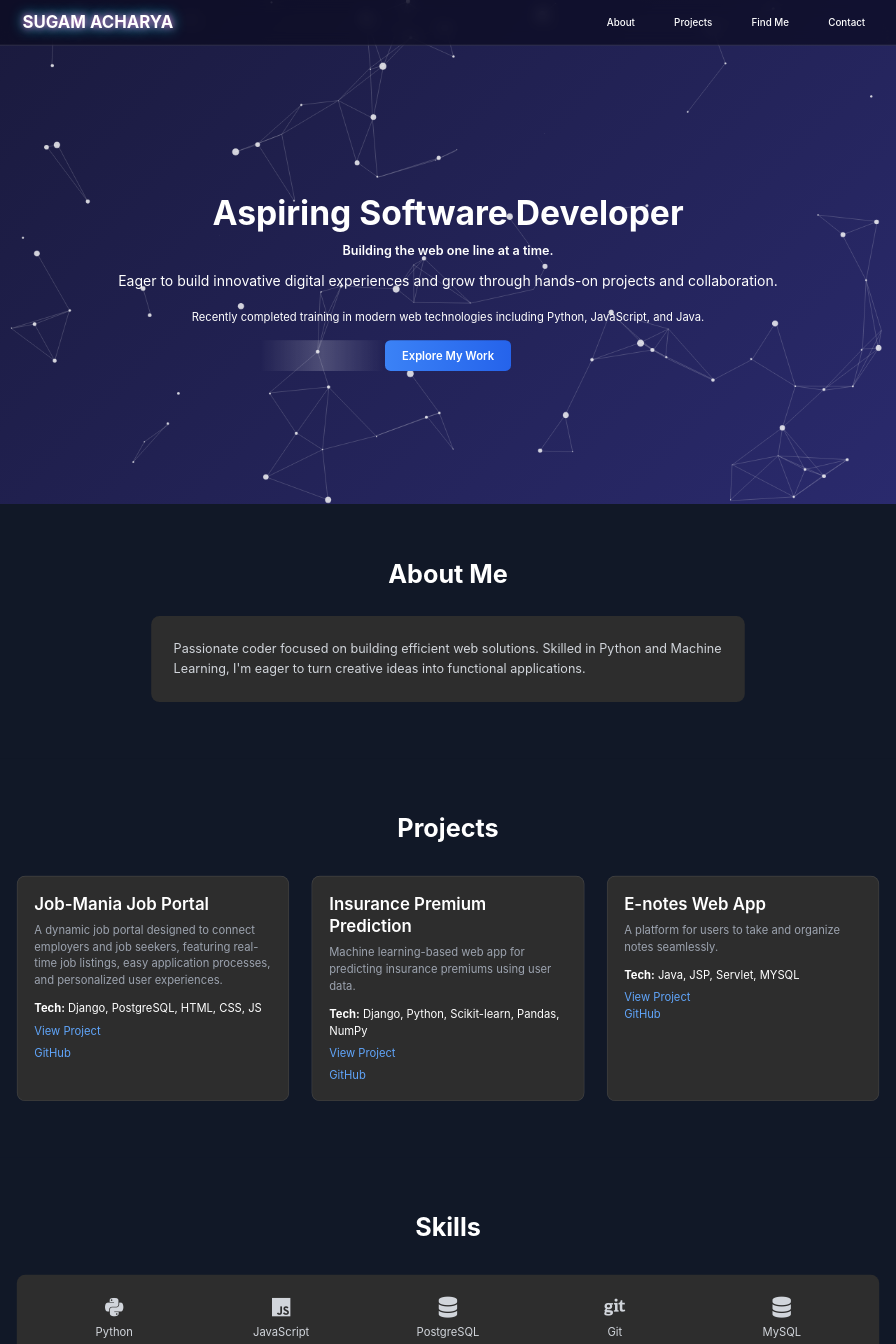
Repository: Sugaam0/Portfolio
Page: portfolio/home/templates/home/index.html
The author's editor kept a copy of each file at every save. The page is drawn from the files as they stood at one save, then again after the next save.
The browser window is 1280 px wide. The pictures show the part of the page from y = 0 to 1920 px (the page is 3234 px tall), at 70% of full size.
The template is drawn by Django 5.2. The application's start-up code is not run. Other server files are loaded and not shown. The template is opened directly, without the code that normally fills it, so the values that code supplies are empty.

Above is the page before, as saved 2025-05-09 17:57:54.

### portfolio/home/templates/home/index.html
{% load static %}
<!DOCTYPE html>
<html lang="en">
<head>
  <meta charset="UTF-8" />
  <meta name="viewport" content="width=device-width, initial-scale=1.0"/>
  <title>| Sugam Acharya |</title>
  <link href="https://cdn.jsdelivr.net/npm/tailwindcss@2.2.19/dist/tailwind.min.css" rel="stylesheet"/>
  <link rel="stylesheet" href="https://cdnjs.cloudflare.com/ajax/libs/font-awesome/6.0.0-beta3/css/all.min.css"/>
  <link rel="stylesheet" href="{% static 'css/style.css' %}">
</head>
{% comment %} <body class="antialiased scroll-smooth"> {% endcomment %}
<body class="bg-gray-900 text-white">
  <canvas id="particles"></canvas>
{% include 	"home/navbar.html" %}
<!-- Hero Section -->
<section id="home" class="min-h-screen flex items-center justify-center pt-20">
  <div class="container mx-auto px-6 text-center">
    <h1 class="text-5xl font-bold mb-4">Aspiring Software Developer</h1>
    <p class="text-lg text-accent mb-4">
      <span id="typed-text" class="font-semibold">Building the web one line at a time.</span>
    </p>
    <p class="text-xl text-secondary mb-6">
      Eager to build innovative digital experiences and grow through hands-on projects and collaboration.
    </p>
    <p class="text-md text-secondary mb-8">
      Recently completed training in modern web technologies including Python, JavaScript, and Java.
    </p>
    <a href="#projects" class="btn-accent px-6 py-3 rounded-lg font-semibold">Explore My Work</a>
  </div>
</section>

<!-- About Section -->
<section id="about" class="py-20">
  <div class="container mx-auto px-6 max-w-4xl">
    <h2 class="text-4xl font-bold text-center mb-10">About Me</h2>
    <div class="section-bg p-8">
      <p class="text-lg leading-relaxed text-gray-300">
        Passionate coder focused on building efficient web solutions. Skilled in Python and Machine Learning, I'm eager to turn creative ideas into functional applications.
      </p>
    </div>
  </div>
</section>

<!-- Projects -->
<section id="projects" class="py-20 bg-gray-900">
    <div class="container mx-auto px-6">
      <h2 class="text-4xl font-bold text-center mb-12">Projects</h2>
      <div class="grid grid-cols-1 sm:grid-cols-2 lg:grid-cols-3 gap-8">
        <!-- Project Cards -->
        <div class="project-card section-bg p-6">
          <h3 class="text-2xl font-semibold mb-2">Job-Mania Job Portal</h3>
          <p class="text-gray-400 mb-4">A dynamic job portal designed to connect employers and job seekers, featuring real-time job listings, easy application processes, and personalized user experiences.</p>
          <p><strong>Tech:</strong> Django, PostgreSQL, HTML, CSS, JS</p>
          <a href="#" class="text-blue-400 hover:underline mt-2 inline-block">View Project</a><br>
          <a href="https://github.com/Sugaam0/JobMania-JobPortal" class="text-blue-400 hover:underline mt-2 inline-block" target="_blank">GitHub</a>
        </div>
        <div class="project-card section-bg p-6">
          <h3 class="text-2xl font-semibold mb-2">Insurance Premium Prediction</h3>
          <p class="text-gray-400 mb-4">Machine learning-based web app for predicting insurance premiums using user data.</p>
          <p><strong>Tech:</strong> Django, Python, Scikit-learn, Pandas, NumPy</p>
          <a href="#" class="text-blue-400 hover:underline mt-2 inline-block">View Project</a><br>
          <a href="https://github.com/Sugaam0/insurance-Premium-Prediction" class="text-blue-400 hover:underline mt-2 inline-block" target="_blank">GitHub</a>

        </div>
        <div class="project-card section-bg p-6">
            <h3 class="text-2xl font-semibold mb-2">E-notes Web App</h3>
            <p class="text-gray-400 mb-4">A platform for users to take and organize notes seamlessly.</p>
            <p><strong>Tech:</strong> Java, JSP, Servlet, MYSQL</p>
            <div class="mt-2">
                <a href="#" class="text-blue-400 hover:underline inline-block mr-4">View Project</a><br>
                <a href="https://github.com/Sugaam0/ProjectFinal-Online-Notepad" class="text-blue-400 hover:underline inline-block" target="_blank">GitHub</a>
            </div>
        </div>
      </div>
    </div>
  </section>


<!-- Skills -->
<section id="skills" class="py-20">
    <div class="container mx-auto px-6">
      <h2 class="text-4xl font-bold text-center mb-12">Skills</h2>
      <div class="section-bg p-8 grid grid-cols-2 md:grid-cols-5 gap-6 text-center text-gray-300">
        <div><i class="fab fa-python text-3xl mb-2 icon-hover"></i><p>Python</p></div>
        <div><i class="fab fa-js text-3xl mb-2 icon-hover"></i><p>JavaScript</p></div>
        <div><i class="fas fa-database text-3xl mb-2 icon-hover"></i><p>PostgreSQL</p></div>
        <div><i class="fab fa-git text-3xl mb-2 icon-hover"></i><p>Git</p></div>
        <div><i class="fas fa-database text-3xl mb-2 icon-hover"></i><p>MySQL</p></div>
        <div><i class="fas fa-chart-line text-3xl mb-2 icon-hover"></i><p>Data Science</p></div>
        <div><i class="fas fa-brain text-3xl mb-2 icon-hover"></i><p>Machine Learning</p></div>
        <div><i class="fab fa-python text-3xl mb-2 icon-hover"></i><p>Anaconda</p></div>
      </div>
    </div>
  </section>

  <section id="findme" class="py-20 bg-gray-800">
    <div class="container mx-auto px-6 text-center">
      <h2 class="text-4xl font-bold text-white mb-8">Find Me Online</h2>
      <p class="text-gray-400 text-lg mb-6">Let’s connect, collaborate, and grow together!</p>

      <div class="flex justify-center gap-6 text-3xl">
        <a href="https://github.com/Sugaam0" target="_blank" class="text-white hover:text-gray-400 transition-transform transform hover:scale-110">
          <i class="fab fa-github"></i>
        </a>
        <a href="https://www.linkedin.com/in/sugamacharya/" target="_blank" class="text-blue-500 hover:text-blue-300 transition-transform transform hover:scale-110">
          <i class="fab fa-linkedin"></i>
        </a>
        <a href="https://twitter.com/your_twitter" target="_blank" class="text-blue-400 hover:text-blue-200 transition-transform transform hover:scale-110">
          <i class="fab fa-twitter"></i>
        </a>
      </div>
    </div>
  </section>


<!-- Contact Section -->
<section id="contact" class="py-20 bg-gray-900">
  <div class="container mx-auto px-6">
    <h2 class="text-4xl font-bold text-center mb-12">Let's Connect</h2>
    <div class="contact-form p-8 max-w-lg mx-auto rounded-xl">
      <form action="{% url 'contact' %}" method="POST">
        {% csrf_token %}
        <div class="mb-6 relative">
          <input type="text" id="name" name="name" class="form-input w-full p-3 rounded-lg peer" placeholder=" " required>
          <label for="name" class="form-label absolute left-2 top-2 text-secondary">Your Name</label>
        </div>
        <div class="mb-6 relative">
          <input type="email" id="email" name="email" class="form-input w-full p-3 rounded-lg peer" placeholder=" " required>
          <label for="email" class="form-label absolute left-2 top-2 text-secondary">Your Email</label>
        </div>
        <div class="mb-6 relative">
          <textarea id="message" name="message" rows="5" class="form-input w-full p-3 rounded-lg peer" placeholder=" " required></textarea>
          <label for="message" class="form-label absolute left-3 top-2 text-secondary">Your Message</label>
        </div>
        <button type="submit" class="btn-accent w-full py-3 rounded-lg font-semibold flex items-center justify-center gap-2">
          <i class="fas fa-paper-plane"></i> Send Message
        </button>
      </form>
    </div>
  </div>
</section>

<!-- Find Me Section -->


<!-- Footer -->
{% include "home/footer.html" %}
</body>

<script>
        // Particle animation
        const canvas = document.getElementById('particles');
        const ctx = canvas.getContext('2d');
        canvas.width = window.innerWidth;
        canvas.height = window.innerHeight;

        let particlesArray = [];
        const numberOfParticles = 100;

        class Particle {
            constructor() {
                this.x = Math.random() * canvas.width;
                this.y = Math.random() * canvas.height;
                this.size = Math.random() * 5 + 1;
                this.speedX = Math.random() * 3 - 1.5;
                this.speedY = Math.random() * 3 - 1.5;
            }

            update() {
                this.x += this.speedX;
                this.y += this.speedY;

                if (this.size > 0.2) this.size -= 0.1;

                if (this.x < 0 || this.x > canvas.width) this.speedX *= -1;
                if (this.y < 0 || this.y > canvas.height) this.speedY *= -1;
            }

            draw() {
                ctx.fillStyle = 'rgba(255, 255, 255, 0.8)';
                ctx.beginPath();
                ctx.arc(this.x, this.y, this.size, 0, Math.PI * 2);
                ctx.fill();
            }
        }

        function init() {
            for (let i = 0; i < numberOfParticles; i++) {
                particlesArray.push(new Particle());
            }
        }

        function animate() {
            ctx.clearRect(0, 0, canvas.width, canvas.height);
            for (let i = 0; i < particlesArray.length; i++) {
                particlesArray[i].update();
                particlesArray[i].draw();

                for (let j = i; j < particlesArray.length; j++) {
                    const dx = particlesArray[i].x - particlesArray[j].x;
                    const dy = particlesArray[i].y - particlesArray[j].y;
                    const distance = Math.sqrt(dx * dx + dy * dy);

                    if (distance < 100) {
                        ctx.beginPath();
                        ctx.strokeStyle = 'rgba(255, 255, 255, 0.2)';
                        ctx.lineWidth = 1;
                        ctx.moveTo(particlesArray[i].x, particlesArray[i].y);
                        ctx.lineTo(particlesArray[j].x, particlesArray[j].y);
                        ctx.stroke();
                    }
                }

                if (particlesArray[i].size <= 0.2) {
                    particlesArray.splice(i, 1);
                    i--;
                    particlesArray.push(new Particle());
                }
            }
            requestAnimationFrame(animate);
        }

        init();
        animate();

        window.addEventListener('resize', () => {
            canvas.width = window.innerWidth;
            canvas.height = window.innerHeight;
        });

        // Mobile menu toggle
        const mobileMenuBtn = document.getElementById('mobile-menu-btn');
        const mobileMenu = document.getElementById('mobile-menu');

        mobileMenuBtn.addEventListener('click', () => {
            mobileMenu.classList.toggle('hidden');
        });
    </script>
</html>

### portfolio/home/templates/home/navbar.html
<!-- Navbar -->
{% comment %} <nav class="navbar fixed top-0 w-full z-50">
    <div class="container mx-auto px-6 py-5 flex justify-between items-center">
      <a href="{% url 'index' %}" class="logo text-white">Sugam Acharya</a>
      <div class="space-x-6 text-sm font-medium">
        <a href="#about" class="nav-link">About</a>
        <a href="#projects" class="nav-link">Projects</a>
        <a href="#skills" class="nav-link">Skills</a>
        <a href="#findme" class="nav-link">Find me</a>
        <a href="#contact" class="nav-link">Contact</a>

      </div>
    </div>
  </nav> {% endcomment %}
  <nav class="glass-nav fixed top-0 w-full z-50">
        <div class="max-w-7xl mx-auto px-4 sm:px-6 lg:px-8">
            <div class="flex justify-between items-center h-16">
                <!-- Logo -->
                <div class="flex-shrink-0">
                    <a href="{% url 'index' %}" class="text-2xl font-bold neon-text">SUGAM ACHARYA</a>
                </div>

                <!-- Menu Items -->
                <div class="hidden md:flex space-x-8">
                    <a href="#about" class="nav-item px-3 py-2 text-sm font-medium hover:text-pink-400">About</a>
                    <a href="#projects" class="nav-item px-3 py-2 text-sm font-medium hover:text-pink-400">Projects</a>
                    <a href="#findme" class="nav-item px-3 py-2 text-sm font-medium hover:text-pink-400">Find Me</a>
                    <a href="#contact" class="nav-item px-3 py-2 text-sm font-medium hover:text-pink-400">Contact</a>
                </div>
                <!-- Mobile Menu Button -->
                <div class="md:hidden">
                    <button id="mobile-menu-btn" class="p-2 rounded-md focus:outline-none">
                        <svg class="h-6 w-6" fill="none" stroke="currentColor" viewBox="0 0 24 24">
                            <path stroke-linecap="round" stroke-linejoin="round" stroke-width="2" d="M4 6h16M4 12h16m-7 6h7" />
                        </svg>
                    </button>
                </div>
            </div>
        </div>

        <!-- Mobile Menu -->
        <div id="mobile-menu" class="hidden md:hidden bg-gray-800">
            <div class="px-2 pt-2 pb-3 space-y-1 sm:px-3">
                <a href="#" class="block px-3 py-2 text-base font-medium hover:bg-gray-700">Home</a>
                <a href="#" class="block px-3 py-2 text-base font-medium hover:bg-gray-700">About</a>
                <a href="#" class="block px-3 py-2 text-base font-medium hover:bg-gray-700">Services</a>
                <a href="#" class="block px-3 py-2 text-base font-medium hover:bg-gray-700">Contact</a>
                <a href="#" class="block px-3 py-2 text-base font-medium text-white bg-gradient-to-r from-pink-500 to-cyan-500 rounded-md">Get Started</a>
            </div>
        </div>
    </nav>

### portfolio/home/templates/home/footer.html
<footer class="bg-gray-800 py-6">
    <div class="container mx-auto px-6 text-center text-gray-400">
      <p>© 2025 Sugam Acharya. All rights reserved.</p>
      <div class="flex justify-center space-x-6 mt-4">
        <a href="https://github.com/Sugaam0" class="icon-hover" target="_blank"><i class="fab fa-github text-2xl"></i></a>
        <a href="https://www.linkedin.com/in/sugam-acharya-b1059a23b/" class="icon-hover" target="_blank"><i class="fab fa-linkedin text-2xl"></i></a>
        <a href="https://x.com/gaam_su" class="icon-hover" target="_blank"><i class="fab fa-twitter text-2xl"></i></a>
      </div>
    </div>
  </footer>

### portfolio/home/static/css/style.css
@import url('https://fonts.googleapis.com/css2?family=Poppins:wght@300;400;500;600&display=swap');

:root {
    --bg-primary: #1a1a1a;
    --bg-secondary: #2d2d2d;
    --text-primary: #e0e0e0;
    --text-secondary: #a0a0a0;
    --accent: #3b82f6;
    --accent-dark: #2563eb;
  }


  body {
    background-color: var(--bg-primary);
    color: var(--text-primary);
    font-family: 'Inter', sans-serif;
  }
 .glass-nav {
            background: rgba(10, 10, 31, 0.7);
            backdrop-filter: blur(10px);
            border-bottom: 1px solid rgba(209, 213, 219, 0.2);
        }

        .nav-item {
            position: relative;
            transition: all 0.3s ease;
        }

        .nav-item:hover::after {
            content: '';
            position: absolute;
            bottom: -2px;
            left: 0;
            width: 100%;
            height: 2px;
            background: linear-gradient(90deg, #22d3ee, #60a5fa);
            animation: glow 1.5s infinite;
        }

        @keyframes glow {
            0% { box-shadow: 0 0 5px #22d3ee; }
            50% { box-shadow: 0 0 20px #60a5fa; }
            100% { box-shadow: 0 0 5px #22d3ee; }
        }

        /* Particle animation background */
        #particles {
            position: fixed;
            top: 0;
            left: 0;
            width: 100%;
            height: 100%;
            z-index: -1;
            background: linear-gradient(135deg, #1a1a3d, #2a2a6d);
        }

        /* Custom hover effects for dropdown */
        .dropdown-content {
            transform: translateY(-10px);
            opacity: 0;
            transition: all 0.3s ease;
        }

        .dropdown:hover .dropdown-content {
            transform: translateY(0);
            opacity: 1;
        }

        /* Neon glow effect */
        .neon-text {
            text-shadow: 0 0 10px #ff6bcb, 0 0 20px #00f4ff;
        }


   /* .navbar {
    background: linear-gradient(to bottom, var(--bg-secondary), rgba(45, 45, 45, 0.95));
    backdrop-filter: blur(8px);
    box-shadow: 0 2px 5px rgba(0, 0, 0, 0.3);
  }

  .nav-link {
    position: relative;
    padding-bottom: 0.25rem;
    transition: color 0.3s ease;
  }

  .nav-link::after {
    content: '';
    position: absolute;
    width: 0;
    height: 2px;
    bottom: 0;
    left: 0;
    background-color: var(--accent);
    transition: width 0.3s ease;
  }

  .nav-link:hover::after {
    width: 100%;
  }

  .nav-link:hover {
    color: var(--accent);
  } */

  .logo {
    font-size: 1.75rem;
    font-weight: 800;
    letter-spacing: 0.05em;
    transition: transform 0.3s ease, color 0.3s ease;
  }

  .logo:hover {
    transform: scale(1.05);
    color: var(--accent);
  }

  .section-bg {
    background-color: var(--bg-secondary);
    border-radius: 0.75rem;
    transition: background-color 0.3s ease;
  }

  .section-bg:hover {
    background-color: #353535;
  }

  .btn-accent {
    background: linear-gradient(to right, var(--accent), var(--accent-dark));
    color: white;
    position: relative;
    overflow: hidden;
    transition: background 0.3s ease;
  }

  .btn-accent::before {
    content: '';
    position: absolute;
    top: 0;
    left: -100%;
    width: 100%;
    height: 100%;
    background: linear-gradient(90deg, transparent, rgba(255, 255, 255, 0.2), transparent);
    transition: 0.5s;
  }

  .btn-accent:hover::before {
    left: 100%;
  }

  .btn-accent:hover {
    background: linear-gradient(to right, var(--accent-dark), var(--accent));
  }

  .project-card {
    transition: transform 0.3s ease, box-shadow 0.3s ease, border-color 0.3s ease;
    border: 1px solid rgba(255, 255, 255, 0.1);
  }

  .project-card:hover {
    transform: translateY(-6px);
    box-shadow: 0 6px 25px rgba(0, 0, 0, 0.6);
    border-color: var(--accent);
  }

  .icon-hover {
    transition: transform 0.3s ease, color 0.3s ease;
  }

  .icon-hover:hover {
    transform: scale(1.2);
    color: var(--accent);
  }

  /* Enhanced Contact Form Styles */
      .contact-form {
          background: linear-gradient(145deg, var(--bg-secondary), #252525);
          border: 1px solid rgba(59, 130, 246, 0.3);
          box-shadow: 0 4px 15px rgba(0, 0, 0, 0.5);
          position: relative;
          overflow: hidden;
      }

      .contact-form::before {
          content: '';
          position: absolute;
          top: 0;
          left: 0;
          width: 100%;
          height: 100%;
          background: radial-gradient(circle at 10% 20%, rgba(59, 130, 246, 0.2) 0%, transparent 50%);
          pointer-events: none;
      }

      .form-input {
          background-color: #1f1f1f;
          border: 1px solid rgba(255, 255, 255, 0.1);
          transition: border-color 0.3s ease, box-shadow 0.3s ease;
      }

      .form-input:focus {
          border-color: var(--accent);
          box-shadow: 0 0 8px rgba(59, 130, 246, 0.3);
          outline: none;
      }

      .form-label {
          transition: color 0.3s ease;
      }

      .form-input:focus + .form-label,
      .form-input:not(:placeholder-shown) + .form-label {
          color: var(--accent);
          transform: translateY(-1.5rem);
          font-size: 0.8rem;
      }

      ::selection {
          background: var(--accent);
          color: white;
      }

After the next save:
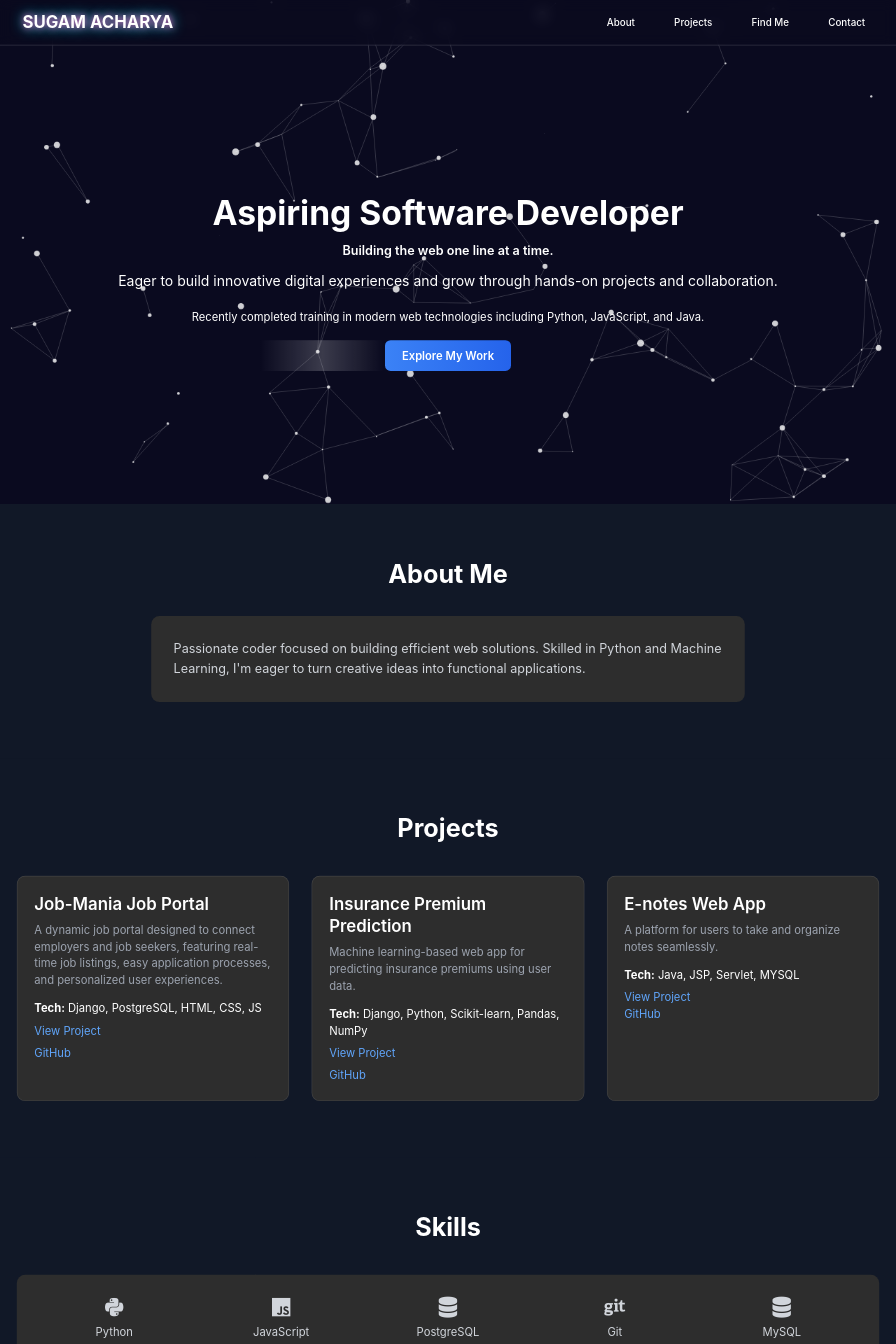
Saved 22 s later.
--- a/portfolio/home/static/css/style.css
+++ b/portfolio/home/static/css/style.css
@@ -51,7 +51,7 @@
             width: 100%;
             height: 100%;
             z-index: -1;
-            background: linear-gradient(135deg, #1a1a3d, #2a2a6d);
+            background: #0a0a1f;
         }
 
         /* Custom hover effects for dropdown */
